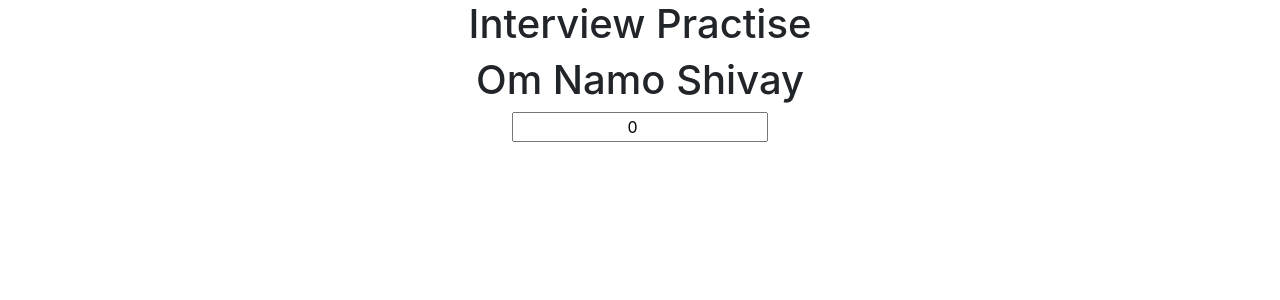
Repository: punitbathija/Machine-Round-React
Page: /
The author's editor kept a copy of each file at every save. The page is drawn from the files as they stood at one save, then again after the next save.
The browser window is 1280 px wide. The pictures show the whole page.
The project was rebuilt for these pictures with package versions that can differ from the ones it lists, and the page was loaded fresh each time. Also part of the build but not shown: src/components/counter.jsx, src/components/ProgressBar.js.

Above is the page before, as saved 2023-06-01 13:14:44.

After the next save:
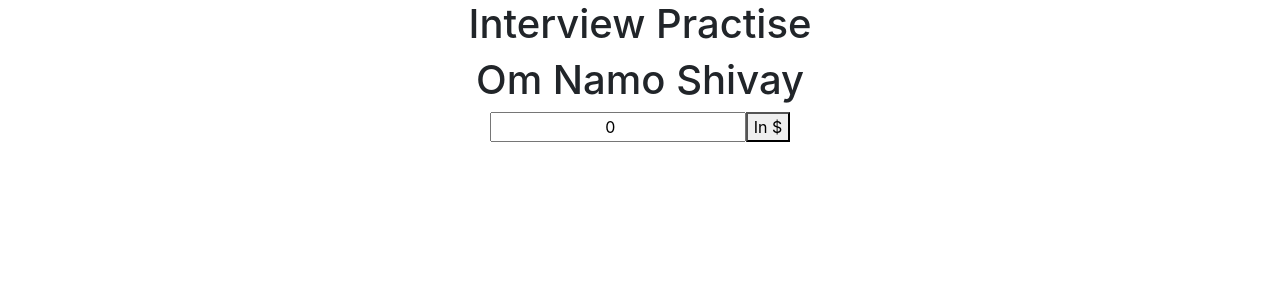
Saved 27 s later.
--- a/src/components/CurrencyCoverter.js
+++ b/src/components/CurrencyCoverter.js
@@ -14,6 +14,7 @@ const CurrencyCoverter = () => {
         style={{ textAlign: "center" }}
         value={amount}
       />
+      <button>In $</button>
     </div>
   );
 };
